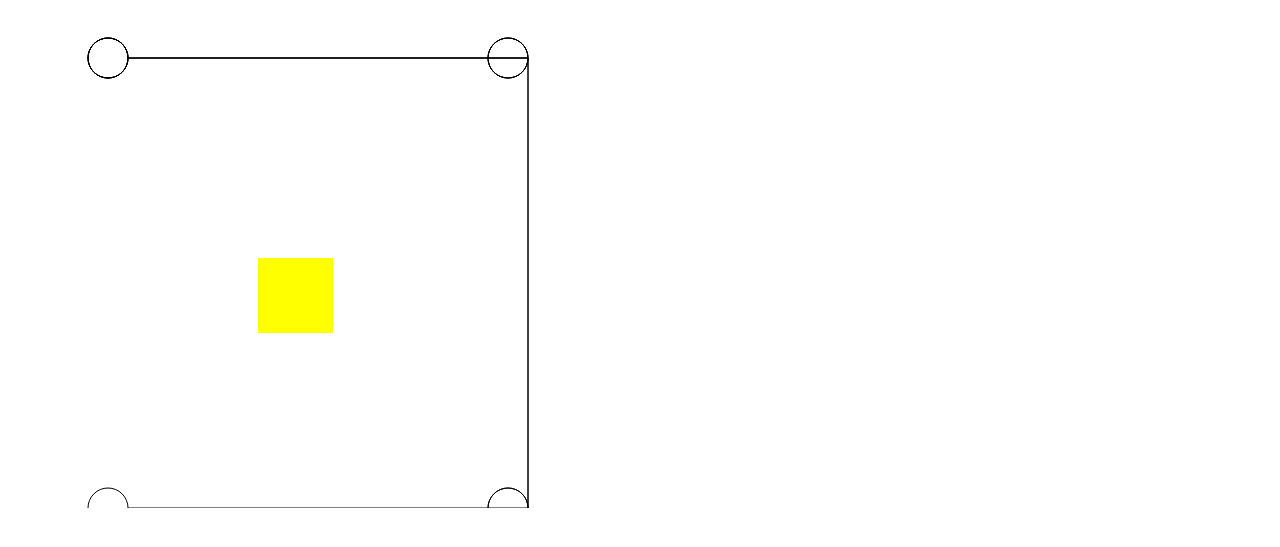
Repository: facio313/Python
Page: HELLO_PYTHON/day17/templates/canvas.html
An editor plug-in stored every save of this project. The page is shown before and after the next save, followed by the edit.
The browser window is 1280 px wide. The pictures show the whole page.

Above is the page before, as saved 2022-12-15 10:37:57.

### HELLO_PYTHON/day17/templates/canvas.html
<!DOCTYPE html>
<html>
<head>
<meta charset="UTF-8">
<title>Insert title here</title>
</head>
<body onload="loader()">
<script>
function loader(){
	var canvas = document.getElementById( "canvas" );   // canvas 객체
	var ctx = canvas.getContext( "2d" );      // 2d canvas 획득

	ctx.beginPath()
	ctx.arc(100, 50, 20, 0, Math.PI*2, false );
	ctx.stroke();

	ctx.arc(500, 50, 20, 0, Math.PI*2, false );
	ctx.stroke();

	ctx.arc(500, 500, 20, 0, Math.PI*2, false );
	ctx.stroke();

	ctx.arc(100, 500, 20, 0, Math.PI*2, false );
	ctx.stroke();

	ctx.fillStyle = "rgba(255, 255, 0, 1)";
	ctx.fillRect (250, 250, 75, 75);
}
</script>

 <canvas id="canvas" width="600" height="500"/>

</body>
</html>

After the next save:
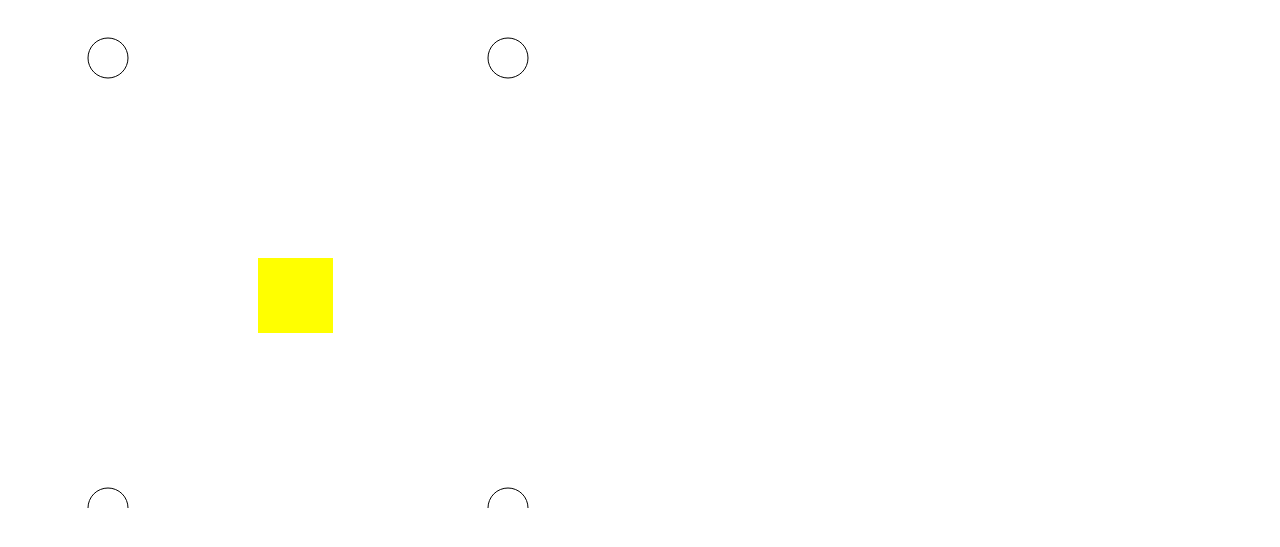
Saved 9 s later.
--- a/HELLO_PYTHON/day17/templates/canvas.html
+++ b/HELLO_PYTHON/day17/templates/canvas.html
@@ -10,16 +10,19 @@ function loader(){
 	var canvas = document.getElementById( "canvas" );   // canvas 객체
 	var ctx = canvas.getContext( "2d" );      // 2d canvas 획득
 
-	ctx.beginPath()
+	ctx.beginPath();
 	ctx.arc(100, 50, 20, 0, Math.PI*2, false );
 	ctx.stroke();
 
+	ctx.beginPath();
 	ctx.arc(500, 50, 20, 0, Math.PI*2, false );
 	ctx.stroke();
 
+	ctx.beginPath();
 	ctx.arc(500, 500, 20, 0, Math.PI*2, false );
 	ctx.stroke();
 
+	ctx.beginPath();
 	ctx.arc(100, 500, 20, 0, Math.PI*2, false );
 	ctx.stroke();
 
